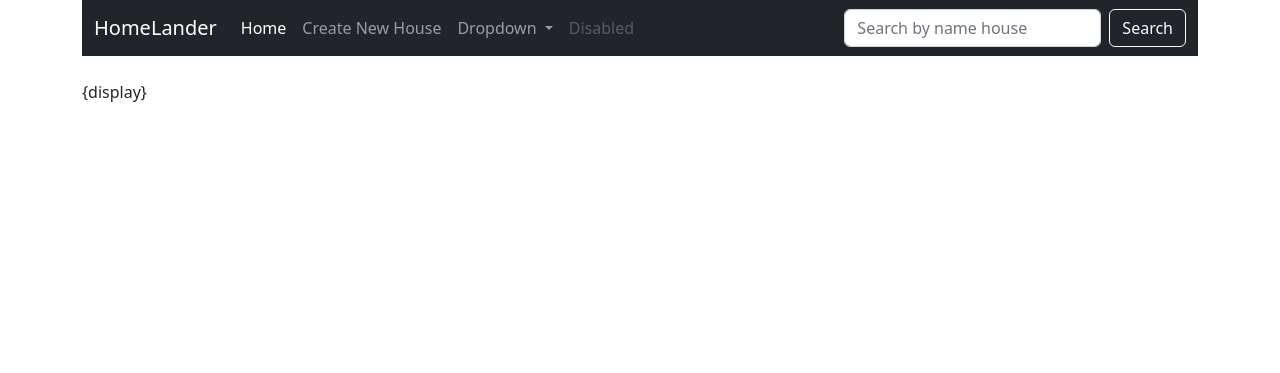
Repository: nguyenhung50497/MD3_caseStudy
Page: src/views/editHouse.html
The author's editor kept a copy of each file at every save. The page is drawn from the files as they stood at one save, then again after the next save.
The browser window is 1280 px wide. The pictures show the whole page.

Above is the page before, as saved 2023-01-03 10:46:59.

### src/views/editHouse.html
<!doctype html>
<html lang="en">
  <head>
    <meta charset="utf-8">
    <meta name="viewport" content="width=device-width, initial-scale=1">
    <title>Home</title>
    <link href="https://cdn.jsdelivr.net/npm/bootstrap@5.2.3/dist/css/bootstrap.min.css" rel="stylesheet" integrity="sha384-rbsA2VBKQhggwzxH7pPCaAqO46MgnOM80zW1RWuH61DGLwZJEdK2Kadq2F9CUG65" crossorigin="anonymous">
  </head>
  <body>
    <div class="container" style="width: 90%;">
      <nav class="navbar navbar-dark bg-dark navbar-expand-lg">
        <div class="container-fluid">
          <a class="navbar-brand" href="/home">HomeLander</a>
          <button class="navbar-toggler" type="button" data-bs-toggle="collapse" data-bs-target="#navbarSupportedContent" aria-controls="navbarSupportedContent" aria-expanded="false" aria-label="Toggle navigation">
            <span class="navbar-toggler-icon"></span>
          </button>
          <div class="collapse navbar-collapse" id="navbarSupportedContent">
            <ul class="navbar-nav me-auto mb-2 mb-lg-0">
              <li class="nav-item">
                <a class="nav-link active" aria-current="page" href="/home">Home</a>
              </li>
              <li class="nav-item">
                <a class="nav-link" href="/house/create">Create New House</a>
              </li>
              <li class="nav-item dropdown">
                <a class="nav-link dropdown-toggle" href="#" role="button" data-bs-toggle="dropdown" aria-expanded="false">
                  Dropdown
                </a>
                <ul class="dropdown-menu">
                  <li><a class="dropdown-item" href="#">Action</a></li>
                  <li><a class="dropdown-item" href="#">Another action</a></li>
                  <li><hr class="dropdown-divider"></li>
                  <li><a class="dropdown-item" href="#">Something else here</a></li>
                </ul>
              </li>
              <li class="nav-item">
                <a class="nav-link disabled">Disabled</a>
              </li>
            </ul>
            <form class="d-flex" role="search" method="post">
              <input class="form-control me-2" name="search" type="search" placeholder="Search by name house" aria-label="Search">
              <button class="btn btn-outline-light" type="submit">Search</button>
            </form>
          </div>
        </div>
      </nav>
      <br>
      <table class="table table-primary table-striped-columns" style="text-align: center;">
        {display}
      </table>
    </div>
    <script src="https://cdn.jsdelivr.net/npm/bootstrap@5.2.3/dist/js/bootstrap.bundle.min.js" integrity="sha384-kenU1KFdBIe4zVF0s0G1M5b4hcpxyD9F7jL+jjXkk+Q2h455rYXK/7HAuoJl+0I4" crossorigin="anonymous"></script>
  </body>
</html>

After the next save:
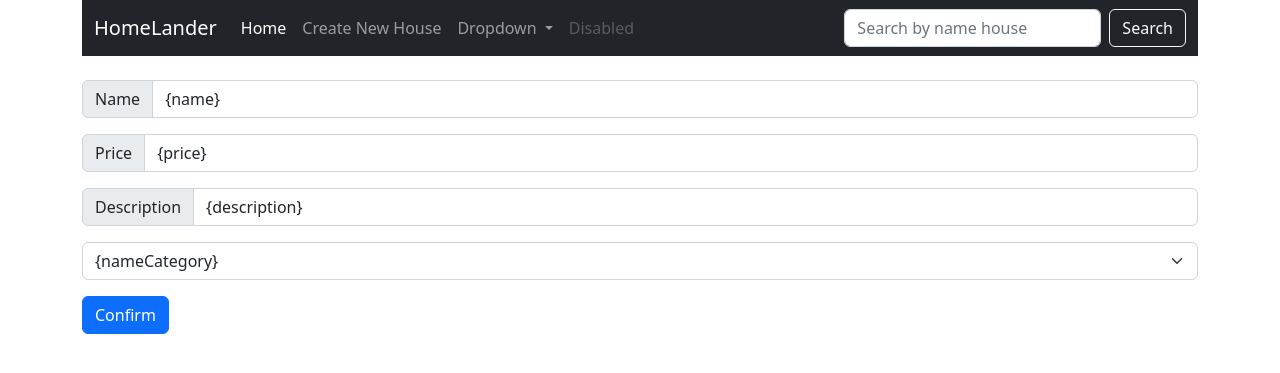
Saved 41 s later.
--- a/src/views/editHouse.html
+++ b/src/views/editHouse.html
@@ -45,9 +45,44 @@
         </div>
       </nav>
       <br>
-      <table class="table table-primary table-striped-columns" style="text-align: center;">
-        {display}
-      </table>
+      <form action="" method="post">
+        <div class="input-group mb-3">
+          <span class="input-group-text" id="inputGroup-sizing-default">Name</span>
+          <input type="text" name="name" value="{name}" class="form-control" aria-label="Sizing example input" aria-describedby="inputGroup-sizing-default">
+        </div>
+        <div class="input-group mb-3">
+          <span class="input-group-text" id="inputGroup-sizing-default">Price</span>
+          <input type="text" name="price" value="{price}" class="form-control" aria-label="Sizing example input" aria-describedby="inputGroup-sizing-default">
+        </div>
+        <div class="input-group mb-3">
+          <span class="input-group-text" id="inputGroup-sizing-default">Description</span>
+          <input type="text" name="description" value="{description}" class="form-control" aria-label="Sizing example input" aria-describedby="inputGroup-sizing-default">
+        </div>
+        <div class="input-group mb-3">
+          <select class="form-select" name="idCategory" aria-label="Default select example">
+            <option selected value="{idCategory}">{nameCategory}</option>
+            {categories}
+          </select>
+        </div>
+        <button type="button" class="btn btn-primary" data-bs-toggle="modal" data-bs-target="#updateImage">Confirm</button>
+        <div class="modal fade" id="updateImage" data-bs-backdrop="static" data-bs-keyboard="false" tabindex="-1" aria-labelledby="staticBackdropLabel" aria-hidden="true">
+          <div class="modal-dialog">
+            <div class="modal-content">
+              <div class="modal-header">
+                <h1 class="modal-title fs-5" id="staticBackdropLabel">Update Image</h1>
+                <button type="button" class="btn-close" data-bs-dismiss="modal" aria-label="Close"></button>
+              </div>
+              <div class="modal-body">
+                Do you want to update the image?
+              </div>
+              <div class="modal-footer">
+                <button type="submit" class="btn btn-secondary" data-bs-dismiss="modal">No</button>
+                <a href="/product/upload/{id}"><button type="button" class="btn btn-primary">Yes</button></a>
+              </div>
+            </div>
+          </div>
+        </div>
+      </form>
     </div>
     <script src="https://cdn.jsdelivr.net/npm/bootstrap@5.2.3/dist/js/bootstrap.bundle.min.js" integrity="sha384-kenU1KFdBIe4zVF0s0G1M5b4hcpxyD9F7jL+jjXkk+Q2h455rYXK/7HAuoJl+0I4" crossorigin="anonymous"></script>
   </body>
